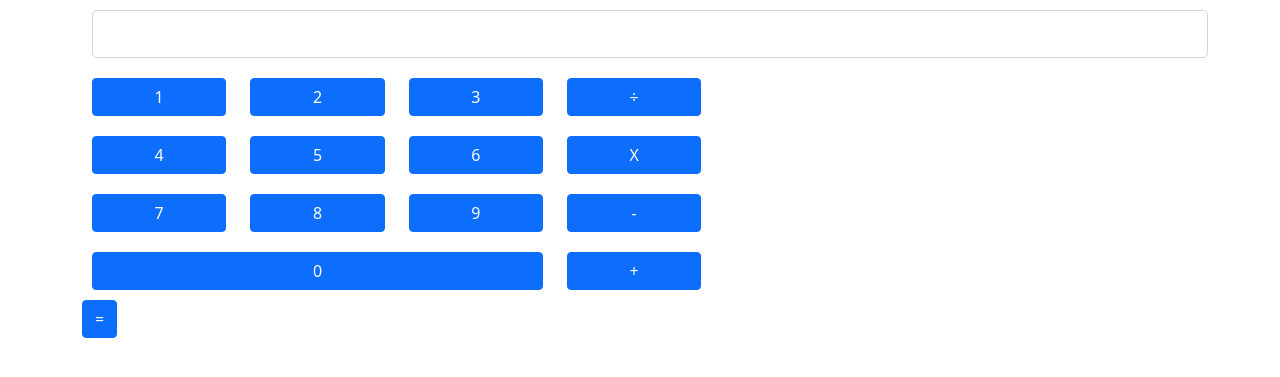
Repository: jsakdalan/CalculatorReactTypescript
Page: /
An editor plug-in stored every save of this project. The page is shown before and after the next save, followed by the edit.
The browser window is 1280 px wide. The pictures show the whole page.
The project was rebuilt for these pictures with package versions that can differ from the ones it lists, and the page was loaded fresh each time. Also part of the build but not shown: src/App.css.

Above is the page before, as saved 2022-06-07 16:29:25.

### src/App.tsx
import  Calculator from './pages/Calculator';
import './App.css';
import 'bootstrap/dist/css/bootstrap.min.css'

export default function App() {

  return(
    <Calculator/>
  )
}

### src/pages/Calculator.tsx
import React from 'react';
import Col from 'react-bootstrap/Col';
import Container from 'react-bootstrap/Container';
import Row from 'react-bootstrap/Row';
import Button from 'react-bootstrap/Button';
import InputGroup from 'react-bootstrap/InputGroup';
import FormControl from 'react-bootstrap/FormControl';
import './Calculator.css'

export default function TextEditor(){

    interface Screen{
        styling: string;
    }

    interface Buttons {
        styling: string;
        btnNumber: string;
    }

    const Screen = (props:Screen) => {
        return(
            <InputGroup size="lg" className={props.styling}>
                    <FormControl
      aria-label="Default"
      aria-describedby="inputGroup-sizing-default"
    />
            </InputGroup>
        )
    }

    const Buttons = (props:Buttons) => {
        return(
            <Button className={props.styling}>
                {props.btnNumber}
            </Button>
        )
    }

    return(
        <>
            <Container className="container">
                <Row>
                    <Col><Screen styling="screen"/></Col>
                </Row>
                <Row>
                    <Col md={12}>
                        <Row>
                            <Col md={10}>
                                <Row>
                                    <Col md={2}><Buttons styling="numerical" btnNumber="1"/></Col>
                                    <Col md={2}><Buttons styling="numerical" btnNumber="2"/></Col>
                                    <Col md={2}><Buttons styling="numerical" btnNumber="3"/></Col>
                                    <Col md={2}><Buttons styling="operational" btnNumber="&#247;"/></Col>
                                </Row>
                            </Col>
                            <Col md={10}>
                                <Row>
                                    <Col md={2}><Buttons styling="numerical" btnNumber="4"/></Col>
                                    <Col md={2}><Buttons styling="numerical" btnNumber="5"/></Col>
                                    <Col md={2}><Buttons styling="numerical" btnNumber="6"/></Col>
                                    <Col md={2}><Buttons styling="operational" btnNumber="X"/></Col>
                                </Row>
                            </Col>
                            <Col md={10}>
                                <Row>
                                    <Col md={2}><Buttons styling="numerical" btnNumber="7"/></Col>
                                    <Col md={2}><Buttons styling="numerical" btnNumber="8"/></Col>
                                    <Col md={2}><Buttons styling="numerical" btnNumber="9"/></Col>
                                    <Col md={2}><Buttons styling="operational" btnNumber="-"/></Col>
                                </Row>
                            </Col>
                            <Col md={10}>
                                <Row>
                                    <Col md={6}><Buttons styling="numerical" btnNumber="0"/></Col>
                                    <Col md={2}><Buttons styling="numerical" btnNumber="+"/></Col>
                                </Row>
                            </Col>
                        </Row>
                    </Col>
                    <Col md={2}><Buttons styling="equals" btnNumber="="/></Col>
                </Row>
            </Container>
        </>
    )
}

### src/pages/Calculator.css
.container{
    width: 700px;
    display: flex;
    flex-direction: column;
}

.screen{
    width: 100%;
    margin: 10px;
}

.numerical{
    width: 100%;
    margin: 10px;
}

.operational{
    width: 100%;
    margin: 10px;
}

.equals{
    height: auto;
    display: flex;
}

Loaded but not shown: public/index.html (common file); src/index.tsx (common file); src/index.css (common file); src/reportWebVitals.ts (common file)

After the next save:
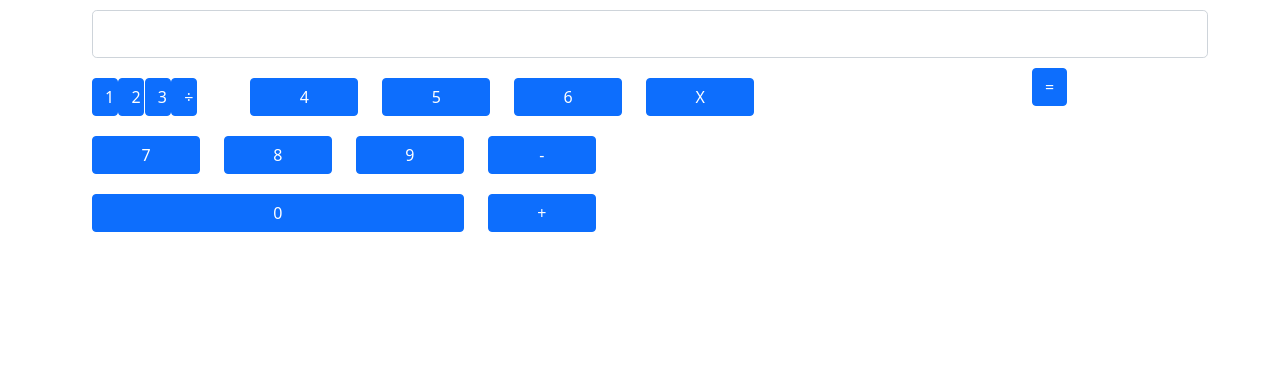
Saved 7 s later.
--- a/src/pages/Calculator.tsx
+++ b/src/pages/Calculator.tsx
@@ -44,9 +44,9 @@ export default function TextEditor(){
                     <Col><Screen styling="screen"/></Col>
                 </Row>
                 <Row>
-                    <Col md={12}>
+                    <Col md={10}>
                         <Row>
-                            <Col md={10}>
+                            <Col>
                                 <Row>
                                     <Col md={2}><Buttons styling="numerical" btnNumber="1"/></Col>
                                     <Col md={2}><Buttons styling="numerical" btnNumber="2"/></Col>
